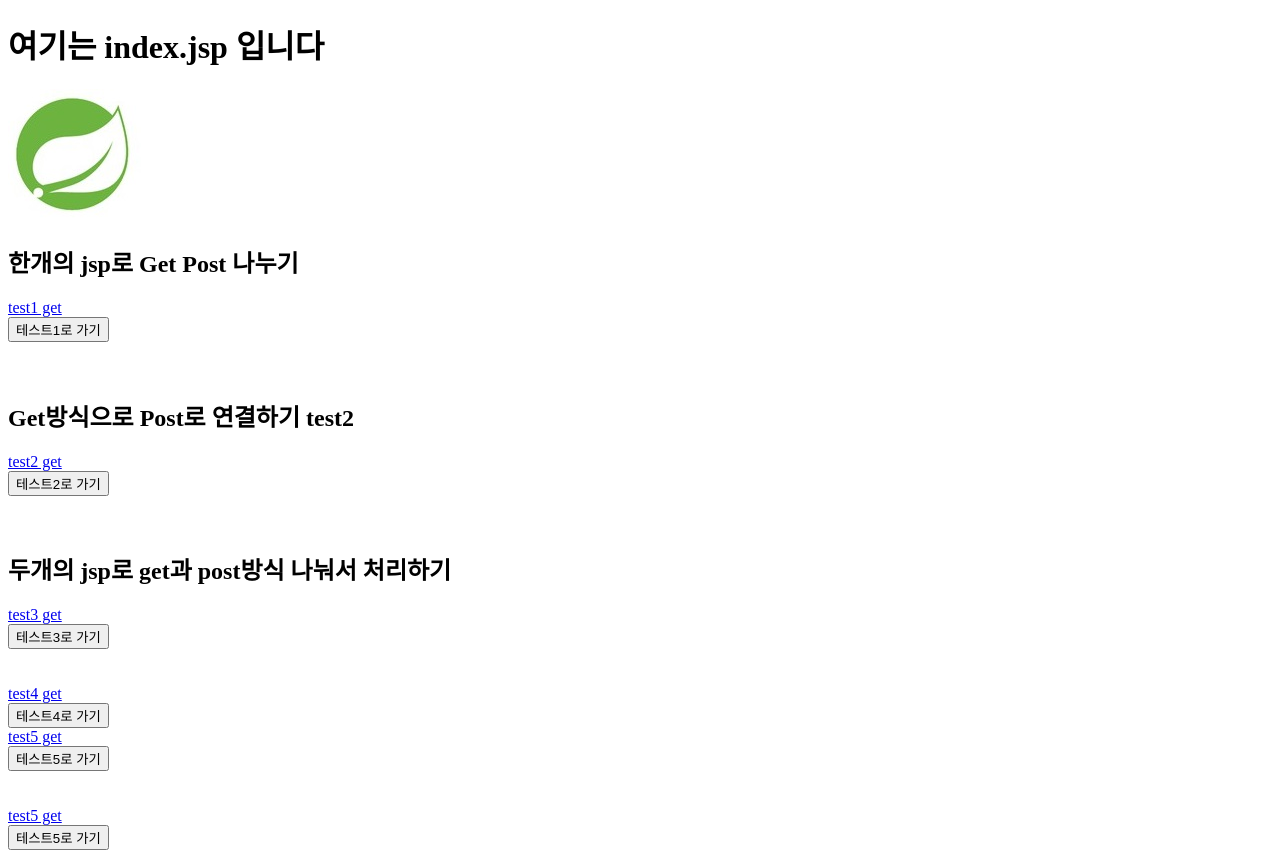
Repository: nxx5xxx/spring
Page: http://localhost/RequestMethod/WEB-INF/views/index.jsp
The author's editor kept a copy of each file at every save. The page is drawn from the files as they stood at one save, then again after a run of saves.
The browser window is 1280 px wide. The pictures show the whole page.
The page is served by Tomcat 9. Nobody is signed in. Other server files are loaded and not shown. The template is opened directly, without the code that normally fills it, so the values that code supplies are empty.

Above is the page before, as saved 2023-06-05 05:48:28.

### RequestMethod/WebContent/WEB-INF/views/index.jsp
<%@ page language="java" contentType="text/html; charset=UTF-8"
    pageEncoding="UTF-8"%>
<!DOCTYPE html>
<html>
<head>
<meta charset="UTF-8">
<title>Insert title here</title>
</head>
<body>
	<h1>여기는 index.jsp 입니다</h1>
	<img src="image/spring_logo.jpg"><br>

	<h2> 한개의 jsp로 Get Post 나누기</h2>
	<a href="test1">test1 get</a><br>
	<form action="test1" method="post">
	<input type="submit" value="테스트1로 가기">
	</form>
	<br><br>

	<h2> Get방식으로 Post로 연결하기 test2</h2>
	<a href="test2">test2 get</a><br>
	<form action="test2" method="post">
	<input type="submit" value="테스트2로 가기">
	</form>
	<br><br>

	<h2> 두개의 jsp로 get과 post방식 나눠서 처리하기 </h2>
	<a href="test3">test3 get</a><br>
	<form action="test3" method="post">
	<input type="submit" value="테스트3로 가기">
	</form>
	<br><br>

	<a href="test4">test4 get</a><br>
	<form action="test4" method="post">
	<input type="submit" value="테스트4로 가기">
	</form>

	<a href="test5">test5 get</a><br>
	<form action="test5" method="post">
	<input type="submit" value="테스트5로 가기">
	</form>
	<br><br>

	<a href="test5">test5 get</a><br>
	<form action="test5" method="post">
	<input type="submit" value="테스트5로 가기">
	</form>
</body>
</html>

After the next 2 saves:
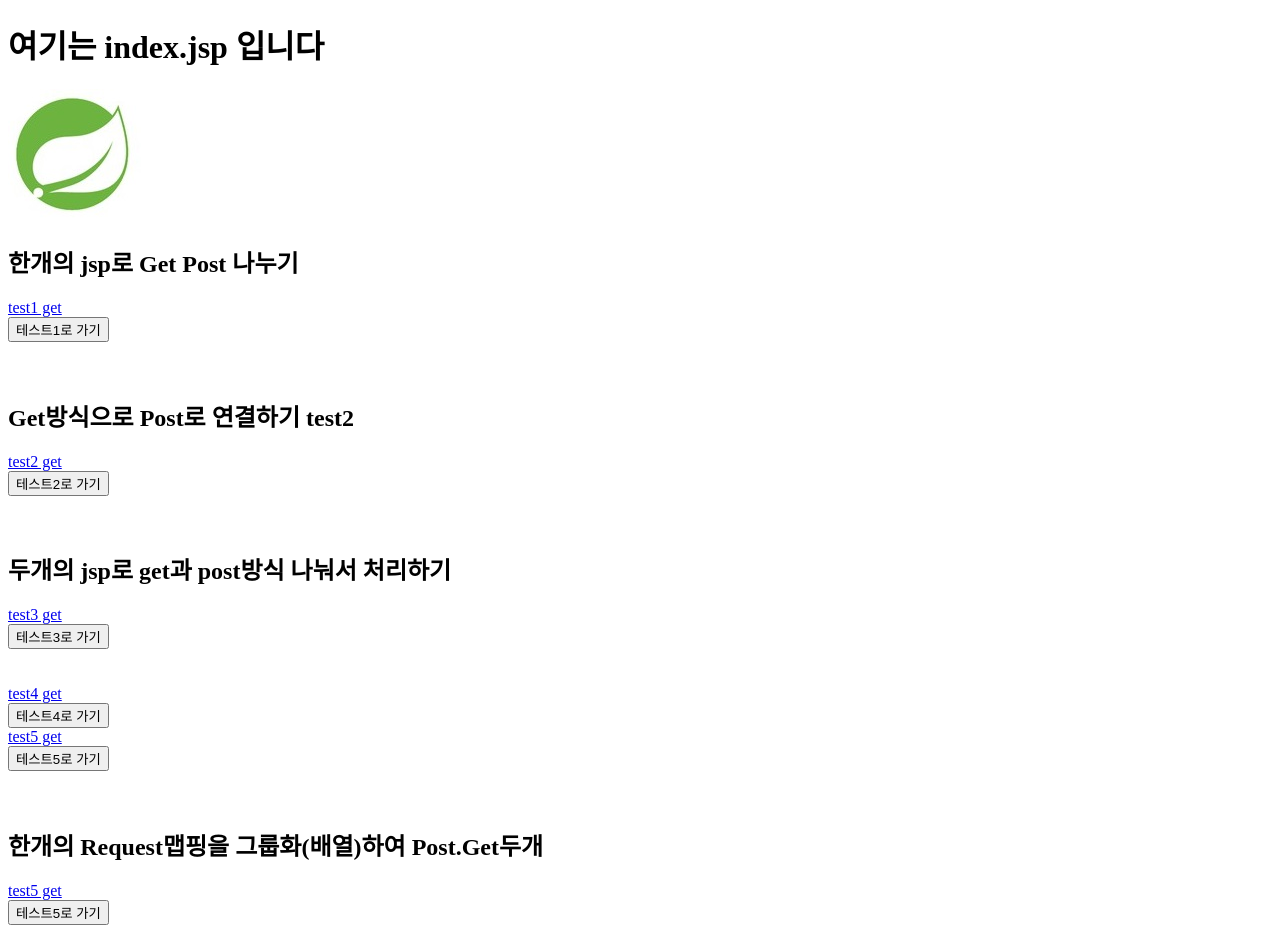
The 2 saves are shown as one change because they came seconds apart.
The last was saved 16 s later.
--- a/RequestMethod/WebContent/WEB-INF/views/index.jsp
+++ b/RequestMethod/WebContent/WEB-INF/views/index.jsp
@@ -41,7 +41,7 @@
 	<input type="submit" value="테스트5로 가기">
 	</form>
 	<br><br>
-
+	<h2>한개의 Request맵핑을 그룹화(배열)하여 Post.Get두개</h2>
 	<a href="test5">test5 get</a><br>
 	<form action="test5" method="post">
 	<input type="submit" value="테스트5로 가기">
